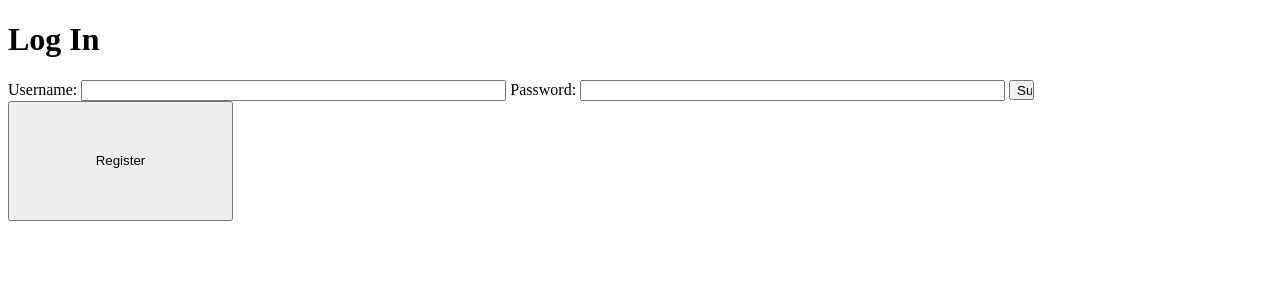
Repository: HamdanM/DatabaseProject
Page: http://localhost/DB3/
These files come from the project's save history. The page is drawn as it stood at one moment and after the next save; the edit follows.
The browser window is 1280 px wide. The pictures show the whole page.
The page is served by Tomcat 9. Other server files are loaded and not shown.

Above is the page before, as saved 2019-07-25 16:18:09.

### DB3/WebContent/login.jsp
<%@ page language="java" contentType="text/html; charset=ISO-8859-1"
    pageEncoding="ISO-8859-1"%>
  <%@ taglib prefix="c" uri="http://java.sun.com/jsp/jstl/core" %>
<!DOCTYPE html PUBLIC "-//W3C//DTD HTML 4.01 Transitional//EN" "http://www.w3.org/TR/html4/loose.dtd">
<html>
<head>
<meta http-equiv="Content-Type" content="text/html; charset=ISO-8859-1">
<title>Log in</title>
</head>
<body>
<div id="Login" class="tab">
    <h1>Log In</h1>
</div>
    <form action="login"
          method="post">
        <input type="hidden" name="action" value="addToMailingList" >
        <label>Username: </label><input
                    type="text" name="username"
                    size="50" maxlength="70" />

        <label>Password: </label> <input
                    type="password" name="password"
                    size="50" maxlength="70" />


        <input style="height:20px;width:25px" type=
        "submit" name="submit" value=
        "Submit" />
    </form>
      <form action="register.jsp"
          method="post" class="tab">
       <input style="height:120px;width:225px" type=
        "submit" name="submit" value=
        "Register" />
</form>

</body>
</html>

After the next save:
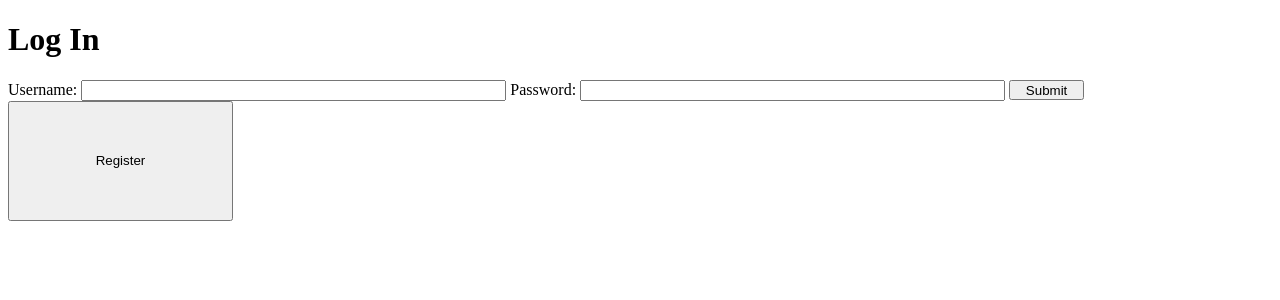
Saved 22 s later.
--- a/DB3/WebContent/login.jsp
+++ b/DB3/WebContent/login.jsp
@@ -23,7 +23,7 @@
                     size="50" maxlength="70" />
 
 
-        <input style="height:20px;width:25px" type=
+        <input style="height:20px;width:75px" type=
         "submit" name="submit" value=
         "Submit" />
     </form>
